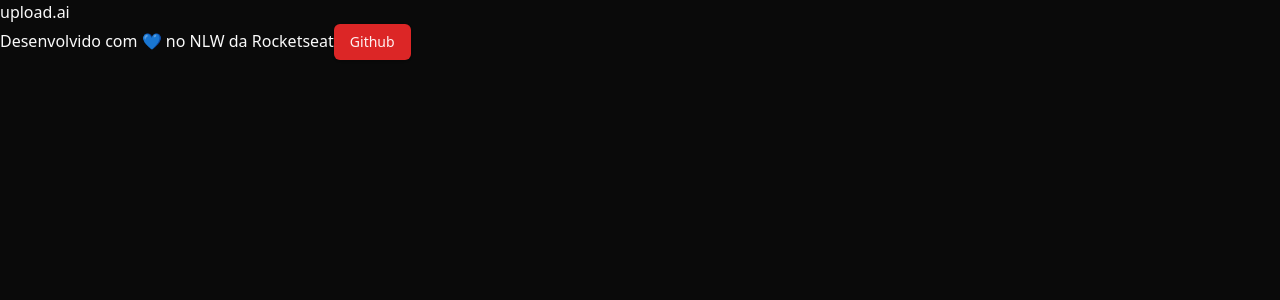
Repository: ricardolimati/upload-ai-web
Page: /
These files come from the project's save history. The page is drawn as it stood at one moment and after a run of saves; the edit follows.
The browser window is 1280 px wide. The pictures show the whole page.
The project was rebuilt for these pictures with package versions that can differ from the ones it lists, and the page was loaded fresh each time. Also part of the build but not shown: vite.config.ts.

Above is the page before, as saved 2023-09-11 23:06:19.

After the next 2 saves:
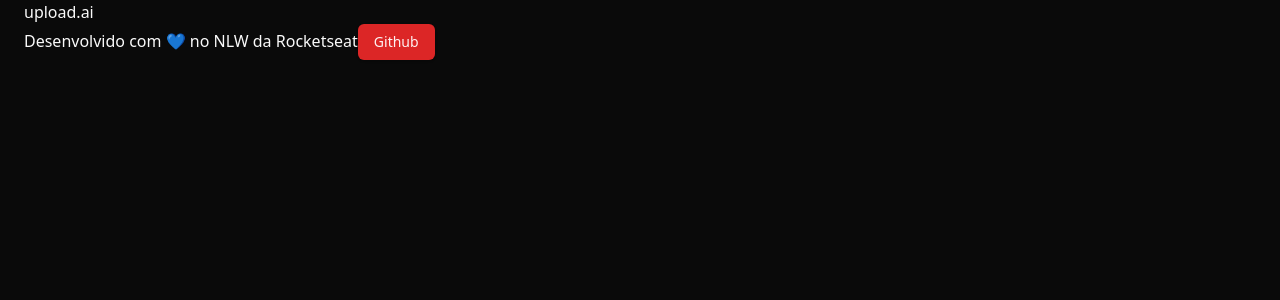
The 2 saves are shown as one change because they came seconds apart.
The last was saved 7 s later.
--- a/src/App.tsx
+++ b/src/App.tsx
@@ -3,7 +3,7 @@ import { Button } from "./components/ui/button";
 export function App() {
   return(
    <div>
-    <div className="">
+    <div className="px-6">
       <h1>upload.ai</h1>
       <div>
         <span>Desenvolvido com 💙 no NLW da Rocketseat</span>
